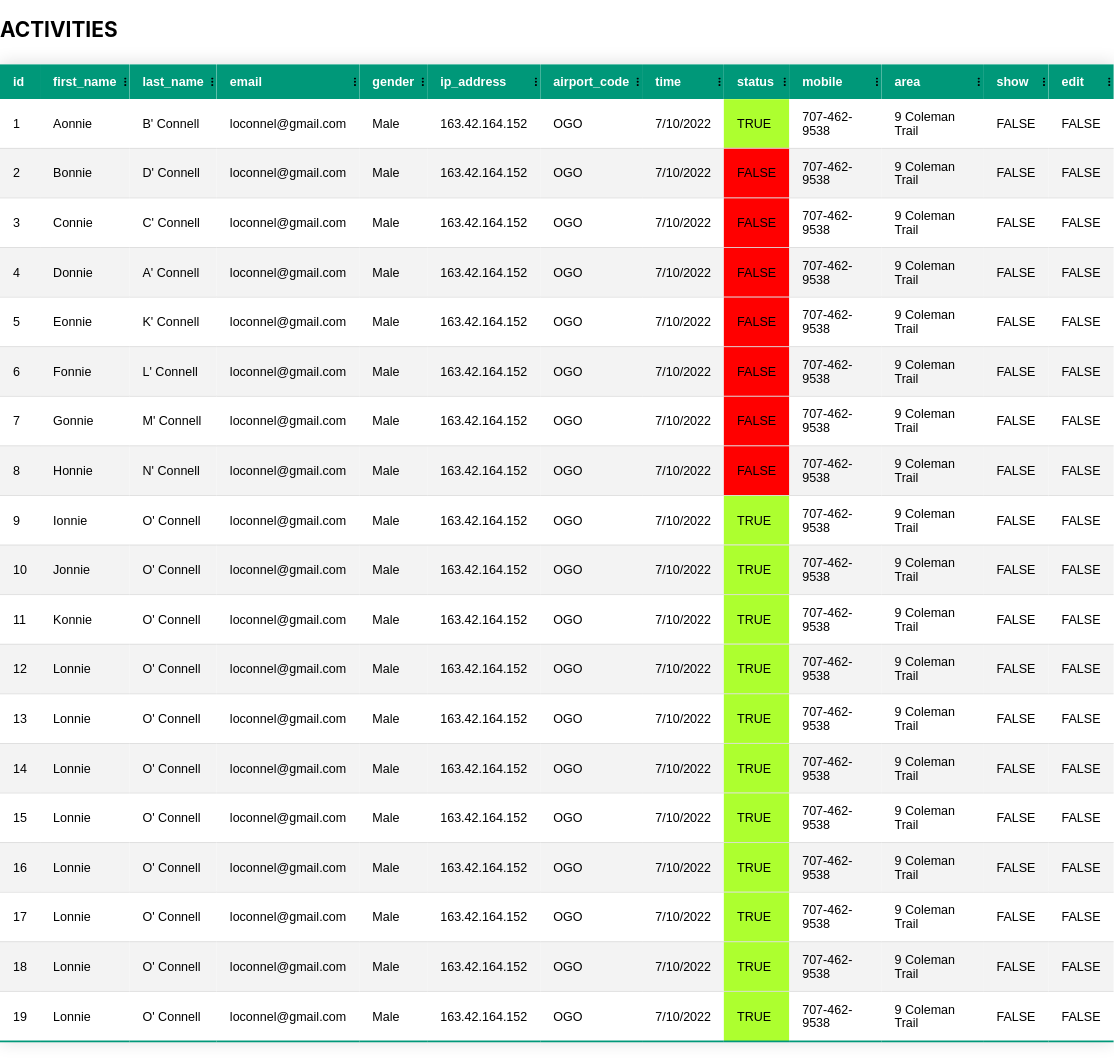
Repository: kartik077-cr7/Ckart
Page: /
The author's editor kept a copy of each file at every save. The page is drawn from the files as they stood at one save, then again after the next save.
The browser window is 1280 px wide. The pictures show the whole page, at 87% of full size.
The project was rebuilt for these pictures with package versions that can differ from the ones it lists, and the page was loaded fresh each time. Also part of the build but not shown: src/components/Modal.js.

Above is the page before, as saved 2022-12-10 22:48:09.

### src/App.js
import Table from "./components/Table";
import { useState } from "react";
import { driversData } from "./demoData/data";
import './App.css';

function App() {

	const [tableData,setTableData] = useState(driversData);
  const [sortedCol,setSortedCol] = useState({column:-1,order:-1});

	const columns = ["id","first_name","last_name","email","gender","ip_address","airport_code","time","status","mobile","area","show","edit"];

	Array.prototype.ModernSort = function(tag,order){

		// console.log("tag is ",tag);
		function compare(a,b){
      // console.log("tag inside is ",tag);
			// console.log(a," ",a[tag]," comparing with ",b[tag]);
			if(a[tag] > b[tag])
			{
				if(order == 1)
					return 1;
				else
					return -1;
			}
			else if(a[tag] < b[tag])
			{
				if(order == 1)
					return -1;
				else
					return 1;

			}
		}
		this.sort(compare);
};

	const handleFilter = (index,val) => {
		  // console.log("Filtering ",index," and val is ",val);
      const temp = tableData;
			setSortedCol({column:index,order:val});
			const tag = columns[index];
			temp.ModernSort(tag,val);
			// console.log("new table data is ",tableData);
			setTableData(tableData);
	};

  return (
    <div className="App">
			<Table
			   sortedCol = {sortedCol}
			   data = {driversData}
			   headingColumns={columns}
				 title = "Activities"
				 handleFilter={handleFilter}
			/>
    </div>
  );
}

export default App;

### src/components/Table.js
import React from "react";
import Column from "./Column";

const Table = ({ data,headingColumns,title,handleFilter,sortedCol }) => {

	const rowDatas = data.map((row,index) => {

		let rowData = [];
		let i = 0;

		for(const key in row){
			rowData.push({
				key: headingColumns[i],
				val: row[key]
			});
			i++;
		}

		const checkStatus = (data) => {
			if(data.key == 'status')
			{
				if(data.val == 'FALSE')
				  return 'red';
				else
				  return 'green';
			}
			else
			  return '';
		}

		return <tr key={index}>
		{rowData.map((data, index) => <td key={index} className={checkStatus(data)}  data-heading={data.key}>{data.val}</td>)}
	  </tr>
	})

	return (
		<div className="table-container">
			<div className="table-title">
				<h2>{title.toUpperCase()}</h2>
			</div>
			<table className="table-class">
				<thead>
					<tr>
						{headingColumns.map((col,index) => (
							<Column sortedCol={sortedCol} handleFilter={handleFilter} key={index} column_name={col} index={index}/>
						))}
					</tr>
				</thead>
				<tbody>
					{rowDatas}
				</tbody>
			</table>
		</div>
	)
}

export default Table;

### src/demoData/data.js
export const driversData = [
  {
    id: 1,
    first_name: "Aonnie",
		last_name: "B' Connell ",
		email: "loconnel@gmail.com",
		gender: "Male",
		ip_address: "163.42.164.152",
		airport_code:"OGO",
		time:"7/10/2022",
		status:"TRUE",
		mobile:"707-462-9538",
		area: "9 Coleman Trail",
		show: "FALSE",
		edit: "FALSE"
  },
  {
    id: 2,
    first_name: "Bonnie",
		last_name: "D' Connell ",
		email: "loconnel@gmail.com",
		gender: "Male",
		ip_address: "163.42.164.152",
		airport_code:"OGO",
		time:"7/10/2022",
		status:"FALSE",
		mobile:"707-462-9538",
		area: "9 Coleman Trail",
		show: "FALSE",
		edit: "FALSE"
  },
  {
    id: 3,
    first_name: "Connie",
		last_name: "C' Connell ",
		email: "loconnel@gmail.com",
		gender: "Male",
		ip_address: "163.42.164.152",
		airport_code:"OGO",
		time:"7/10/2022",
		status:"FALSE",
		mobile:"707-462-9538",
		area: "9 Coleman Trail",
		show: "FALSE",
		edit: "FALSE"
  },
  {
    id: 4,
    first_name: "Donnie",
		last_name: "A' Connell ",
		email: "loconnel@gmail.com",
		gender: "Male",
		ip_address: "163.42.164.152",
		airport_code:"OGO",
		time:"7/10/2022",
		status:"FALSE",
		mobile:"707-462-9538",
		area: "9 Coleman Trail",
		show: "FALSE",
		edit: "FALSE"
  },
  {
    id: 5,
		first_name: "Eonnie",
		last_name: "K' Connell ",
		email: "loconnel@gmail.com",
		gender: "Male",
		ip_address: "163.42.164.152",
		airport_code:"OGO",
		time:"7/10/2022",
		status:"FALSE",
		mobile:"707-462-9538",
		area: "9 Coleman Trail",
		show: "FALSE",
		edit: "FALSE"
  },
  {
    id: 6,
		first_name: "Fonnie",
		last_name: "L' Connell ",
		email: "loconnel@gmail.com",
		gender: "Male",
		ip_address: "163.42.164.152",
		airport_code:"OGO",
		time:"7/10/2022",
		status:"FALSE",
		mobile:"707-462-9538",
		area: "9 Coleman Trail",
		show: "FALSE",
		edit: "FALSE"
  },
  {
    id: 7,
		first_name: "Gonnie",
		last_name: "M' Connell ",
		email: "loconnel@gmail.com",
		gender: "Male",
		ip_address: "163.42.164.152",
		airport_code:"OGO",
		time:"7/10/2022",
		status:"FALSE",
		mobile:"707-462-9538",
		area: "9 Coleman Trail",
		show: "FALSE",
		edit: "FALSE"
  },
  {
    id: 8,
		first_name: "Honnie",
		last_name: "N' Connell ",
		email: "loconnel@gmail.com",
		gender: "Male",
		ip_address: "163.42.164.152",
		airport_code:"OGO",
		time:"7/10/2022",
		status:"FALSE",
		mobile:"707-462-9538",
		area: "9 Coleman Trail",
		show: "FALSE",
		edit: "FALSE"
  },
  {
    id: 9,
		first_name: "Ionnie",
		last_name: "O' Connell ",
		email: "loconnel@gmail.com",
		gender: "Male",
		ip_address: "163.42.164.152",
		airport_code:"OGO",
		time:"7/10/2022",
		status:"TRUE",
		mobile:"707-462-9538",
		area: "9 Coleman Trail",
		show: "FALSE",
		edit: "FALSE"
  },
  {
    id: 10,
    first_name: "Jonnie",
		last_name: "O' Connell ",
		email: "loconnel@gmail.com",
		gender: "Male",
		ip_address: "163.42.164.152",
		airport_code:"OGO",
		time:"7/10/2022",
		status:"TRUE",
		mobile:"707-462-9538",
		area: "9 Coleman Trail",
		show: "FALSE",
		edit: "FALSE"
  },
  {
    id: 11,
		first_name: "Konnie",
		last_name: "O' Connell ",
		email: "loconnel@gmail.com",
		gender: "Male",
		ip_address: "163.42.164.152",
		airport_code:"OGO",
		time:"7/10/2022",
		status:"TRUE",
		mobile:"707-462-9538",
		area: "9 Coleman Trail",
		show: "FALSE",
		edit: "FALSE"

  },
  {
    id: 12,
    first_name: "Lonnie",
		last_name: "O' Connell ",
		email: "loconnel@gmail.com",
		gender: "Male",
		ip_address: "163.42.164.152",
		airport_code:"OGO",
		time:"7/10/2022",
		status:"TRUE",
		mobile:"707-462-9538",
		area: "9 Coleman Trail",
		show: "FALSE",
		edit: "FALSE"
  },
  {
    id: 13,
    first_name: "Lonnie",
		last_name: "O' Connell ",
		email: "loconnel@gmail.com",
		gender: "Male",
		ip_address: "163.42.164.152",
		airport_code:"OGO",
		time:"7/10/2022",
		status:"TRUE",
		mobile:"707-462-9538",
		area: "9 Coleman Trail",
		show: "FALSE",
		edit: "FALSE"
  },
  {
    id: 14,
		first_name: "Lonnie",
		last_name: "O' Connell ",
		email: "loconnel@gmail.com",
		gender: "Male",
		ip_address: "163.42.164.152",
		airport_code:"OGO",
		time:"7/10/2022",
		status:"TRUE",
		mobile:"707-462-9538",
		area: "9 Coleman Trail",
		show: "FALSE",
		edit: "FALSE"
  },
  {
    id: 15,
		first_name: "Lonnie",
		last_name: "O' Connell ",
		email: "loconnel@gmail.com",
		gender: "Male",
		ip_address: "163.42.164.152",
		airport_code:"OGO",
		time:"7/10/2022",
		status:"TRUE",
		mobile:"707-462-9538",
		area: "9 Coleman Trail",
		show: "FALSE",
		edit: "FALSE"
  },
  {
    id: 16,
		first_name: "Lonnie",
		last_name: "O' Connell ",
		email: "loconnel@gmail.com",
		gender: "Male",
		ip_address: "163.42.164.152",
		airport_code:"OGO",
		time:"7/10/2022",
		status:"TRUE",
		mobile:"707-462-9538",
		area: "9 Coleman Trail",
		show: "FALSE",
		edit: "FALSE"
  },
  {
    id: 17,
		first_name: "Lonnie",
		last_name: "O' Connell ",
		email: "loconnel@gmail.com",
		gender: "Male",
		ip_address: "163.42.164.152",
		airport_code:"OGO",
		time:"7/10/2022",
		status:"TRUE",
		mobile:"707-462-9538",
		area: "9 Coleman Trail",
		show: "FALSE",
		edit: "FALSE"
  },
  {
    id: 18,
		first_name: "Lonnie",
		last_name: "O' Connell ",
		email: "loconnel@gmail.com",
		gender: "Male",
		ip_address: "163.42.164.152",
		airport_code:"OGO",
		time:"7/10/2022",
		status:"TRUE",
		mobile:"707-462-9538",
		area: "9 Coleman Trail",
		show: "FALSE",
		edit: "FALSE"
  },
  {
    id: 19,
		first_name: "Lonnie",
		last_name: "O' Connell ",
		email: "loconnel@gmail.com",
		gender: "Male",
		ip_address: "163.42.164.152",
		airport_code:"OGO",
		time:"7/10/2022",
		status:"TRUE",
		mobile:"707-462-9538",
		area: "9 Coleman Trail",
		show: "FALSE",
		edit: "FALSE"
  },
];

### src/App.css
.table-container{
	width: 100%;
}
.table-class{
	width: 100%;
	border-collapse: collapse;
	margin: 25px 0;
	font-size: 0.9em;
	font-family: sans-serif;
	min-width: 400px;
	box-shadow: 0 0 20px rgba(0, 0, 0, 0.15);
}

.table-class thead tr {
	background-color: #009879;
	color: #ffffff;
	text-align: left;
}

.table-class th,
.table-class td {
    padding: 12px 15px;
}

.table-class tbody tr {
	border-bottom: 1px solid #dddddd;
}

.table-class tbody tr:nth-of-type(even) {
	background-color: #f3f3f3;
}

.table-class tbody tr:last-of-type {
	border-bottom: 2px solid #009879;
}

.table-class tbody tr.active-row {
	font-weight: bold;
	color: #009879;
}

.modal {
	position: absolute;
	left: 0;
	top: 20px;
	right: 0;
	bottom: 0;
	background-color: rgba(0,0,0,0.5);
	height: 50px;
	width:  100px;
}

.modal-body{
	padding: 0px;
}

ul{
	padding: 0px;
}

li:before {
  position: absolute;
  content: "";
  width: 100%;
  height: 100%;
  bottom: 0;
  left: 0;
  background-color:#F68026;
  z-index: -1;
  transform: scale(0);
  transition: transform 0.5s ease-in-out;
}

li {
	text-align: center;
	height: 50%;
	cursor: pointer;
	display: inline-block;
	width: 100%;
}

li:hover {
	background-color: rgb(179, 255, 0);
}

.active{
	background-color: rgb(179, 255, 0);
}

.green{
	background-color: greenyellow;
}

.red{
	background-color: red;
}

### src/components/Column.js
import React from 'react';
import { useState } from 'react';
import Dots from "../svg/vertical_dot.svg";
import Modal from './Modal';

const Column = ({column_name,index,handleFilter,sortedCol}) => {

	const [open, setOpen] = useState(false);

	const handleOpen = () => {
		console.log("opening modal ");
		setOpen(!open);
	};

	const handleClose = () => {
    setOpen(false);
	};

	const handleFilterCol = (val) => {
		handleFilter(index,val);
	};

	return (
		<th key = {index} style={{position:"relative"}} onClick = {() => {if(open)setOpen(false) } }>
			{column_name}
			{open && <Modal active_no={ index === sortedCol.column? sortedCol.order : -1 } sortedCol={sortedCol} handleFilter = {handleFilterCol} />}
			{ index !== 0 && <img
			  onClick = {handleOpen}
				src = {Dots}
				style={{
					width: "10px",
					height: "10px",
					top: "15px",
					right: "0px",
					position: "absolute",
					cursor: "pointer",
				}}
			 />
			}
		</th>
	)
};

export default Column;

Loaded but not shown: public/index.html (common file); src/index.js (common file); src/index.css (common file); src/reportWebVitals.js (common file)

After the next save:
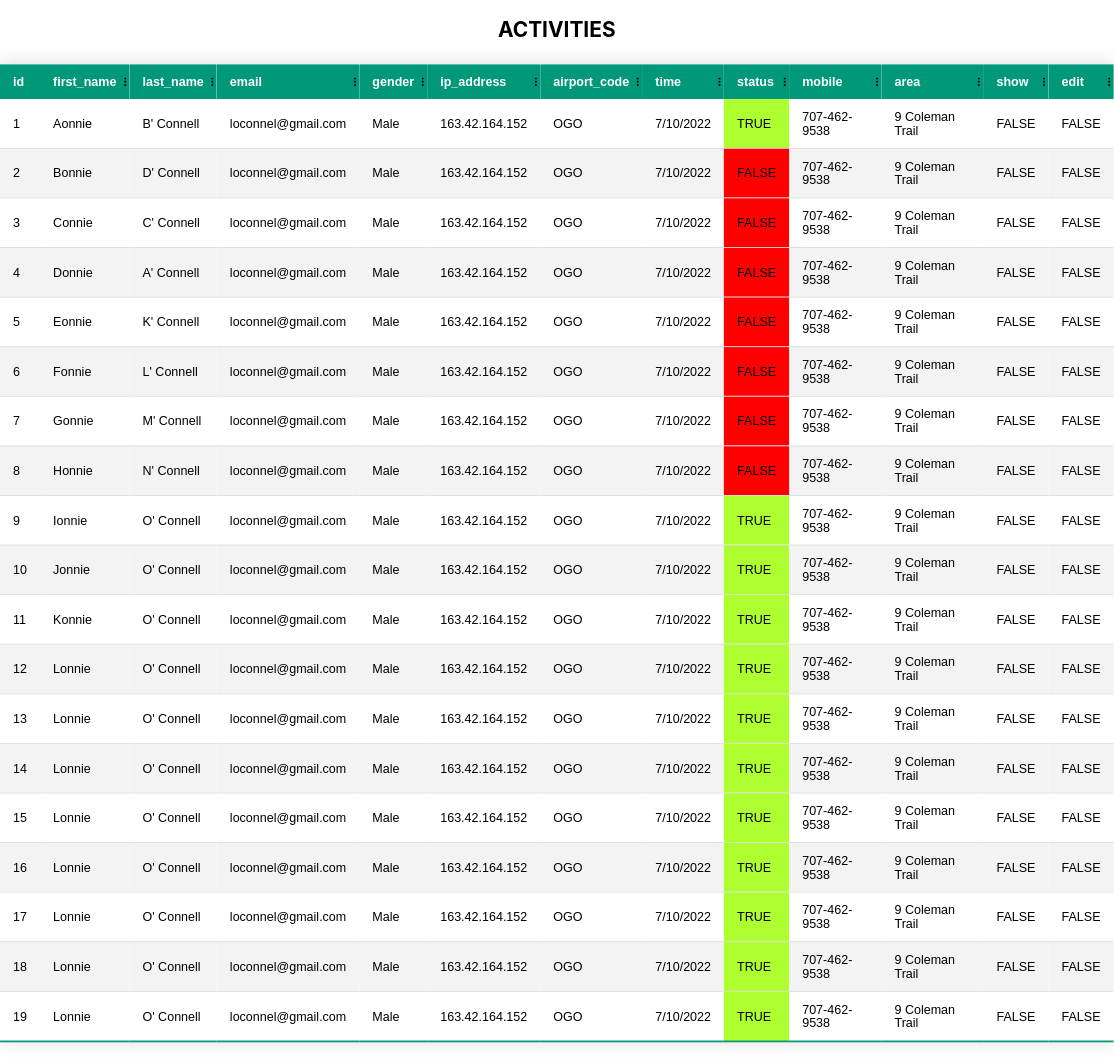
Saved 64 s later.
--- a/src/App.css
+++ b/src/App.css
@@ -37,6 +37,10 @@
 .table-class tbody tr.active-row {
 	font-weight: bold;
 	color: #009879;
+}
+
+.table-title h2{
+	text-align: center;
 }
 
 .modal {
